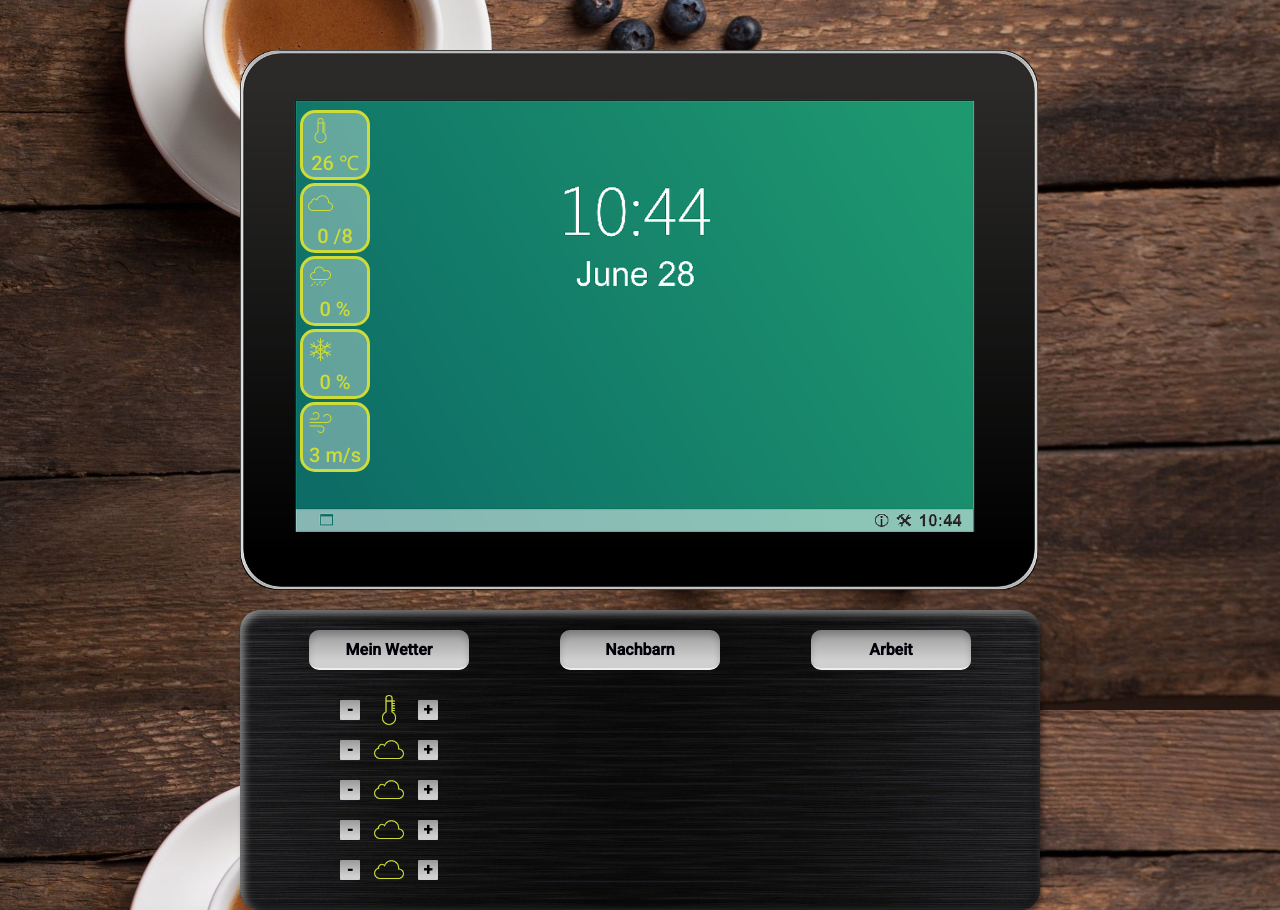
Repository: NadiaSchmitz/wetter.githab.io
Page: index.html
The author's editor kept a record of every edit. The page is drawn from the files as they stood at one moment, then again after the next edit.
The browser window is 1280 px wide. The pictures show the whole page.

Above is the page before.
Not found: styles/background1.css
Not found: styles/background2.css
Not found: styles/background3.css

After the next edit:
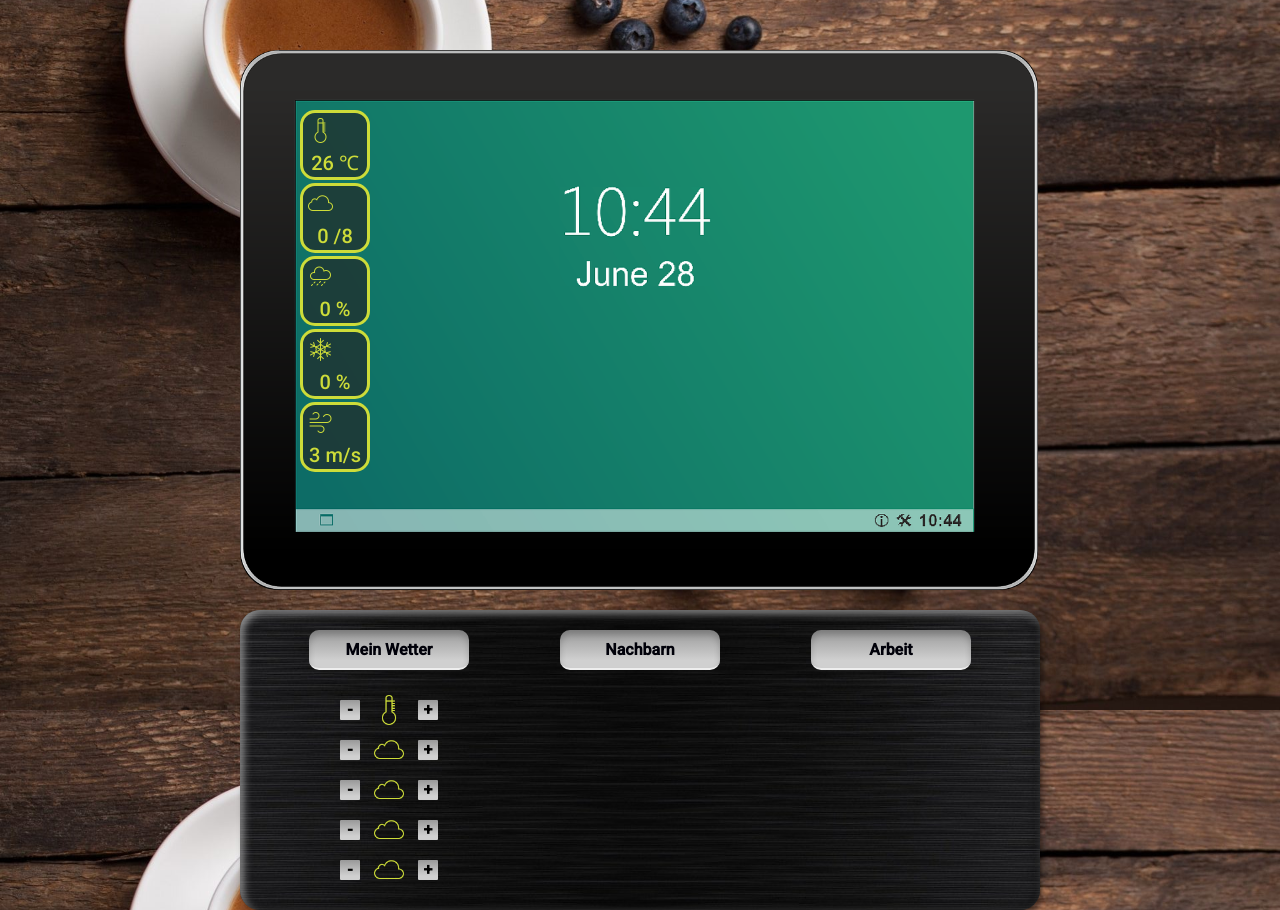
The edit:
--- a/styles/style.css
+++ b/styles/style.css
@@ -51,7 +51,7 @@
   background-size: 25px;
   background-position: 5px 5px;
   background-repeat: no-repeat;
-  background-color: rgb(255 255 255 / 35%);
+  background-color: rgb(36 36 36 / 66%);
   margin: 0 0 3px 0;
 }
 
